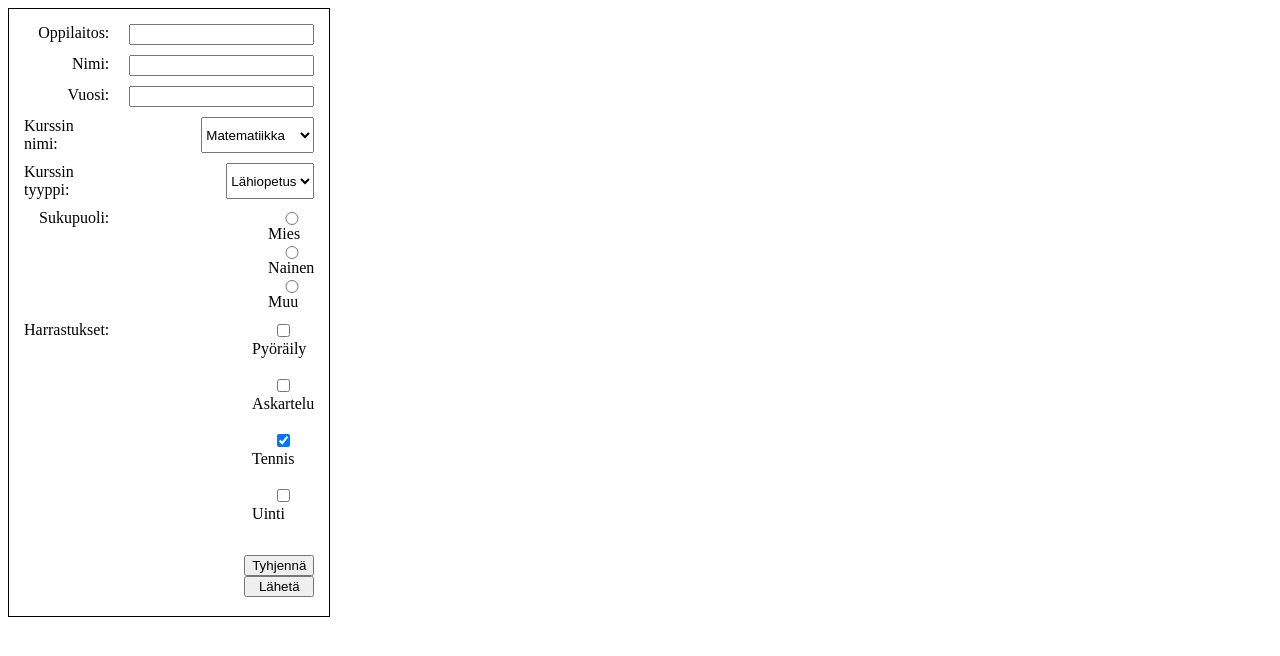
Repository: Niina-Maria/tehtavat-12-17-Niina-Maria2
Page: teht16.html
The author's editor kept a copy of each file at every save. The page is drawn from the files as they stood at one save, then again after the next save.
The browser window is 1280 px wide. The pictures show the whole page.

Above is the page before, as saved 2024-11-20 13:30:43.

After the next save:
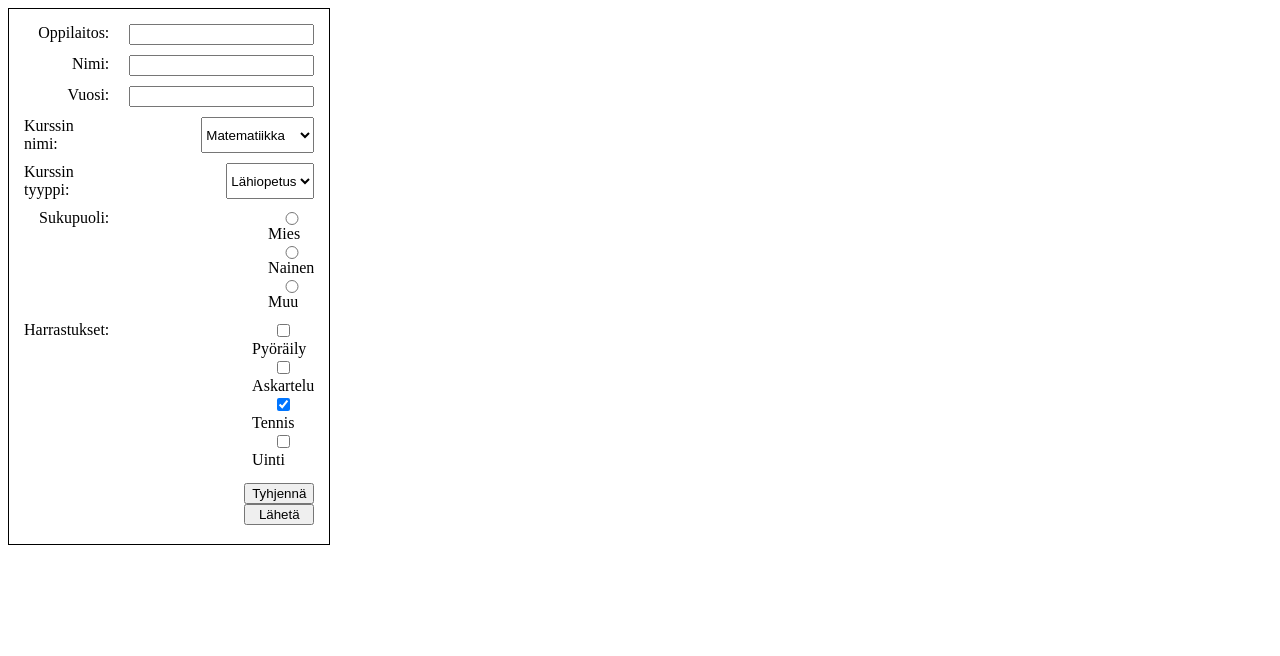
Saved 29 s later.
--- a/teht16.html
+++ b/teht16.html
@@ -44,13 +44,13 @@
                 <div class="a a13">Harrastukset:</div>
                 <div class="a a14" >
                     <input type="checkbox" id="hobbiesbike" name="hobbiesbike">
-                        <label for="hobbiesbike"> Pyöräily</label><br>
+                        <label for="hobbiesbike"> Pyöräily</label>
                         <input type="checkbox" id="hobbiesaskartelu" name="hobbiesaskartelu">
-                        <label for="hobbiesaskartelu"> Askartelu</label><br>
+                        <label for="hobbiesaskartelu"> Askartelu</label>
                         <input type="checkbox" id="hobbiestennis" name="hobbiestennis" checked="checked">
-                        <label for="hobbiestennis"> Tennis</label><br>
+                        <label for="hobbiestennis"> Tennis</label>
                         <input type="checkbox" id="hobbiesuinti" name="hobbiesuinti">
-                        <label for="hobbiesuinti"> Uinti</label><br>
+                        <label for="hobbiesuinti"> Uinti</label>
                 </div>
                 <div class="a a15">
                     <input type="reset" id="napit" value="Tyhjennä">
